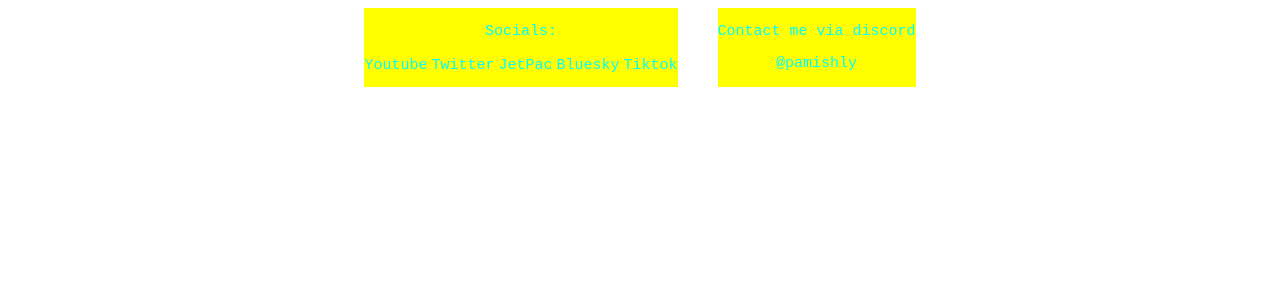
Repository: Pamishly/resources
Page: footer.html
The author's editor kept a copy of each file at every save. The page is drawn from the files as they stood at one save, then again after the next save.
The browser window is 1280 px wide. The pictures show the whole page.

Above is the page before, as saved 2025-01-26 01:16:42.

After the next save:
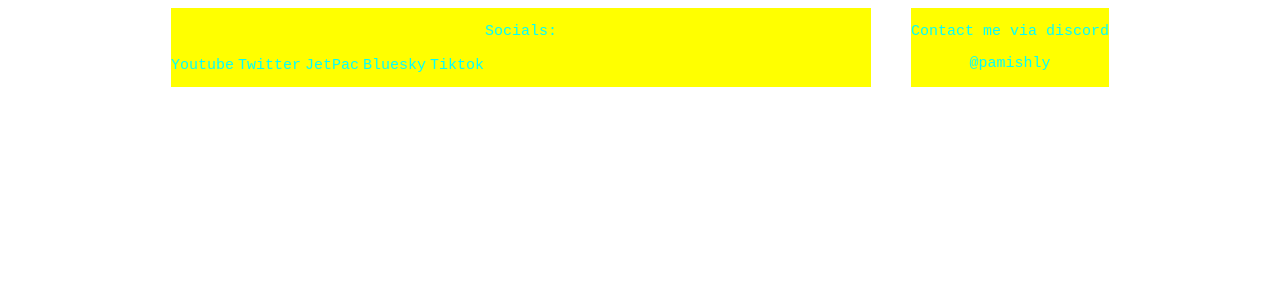
Saved 14 s later.
--- a/footer.html
+++ b/footer.html
@@ -31,5 +31,6 @@
     }
     #social {
         background: yellow;
+        width:700px;
     }
 </style>
